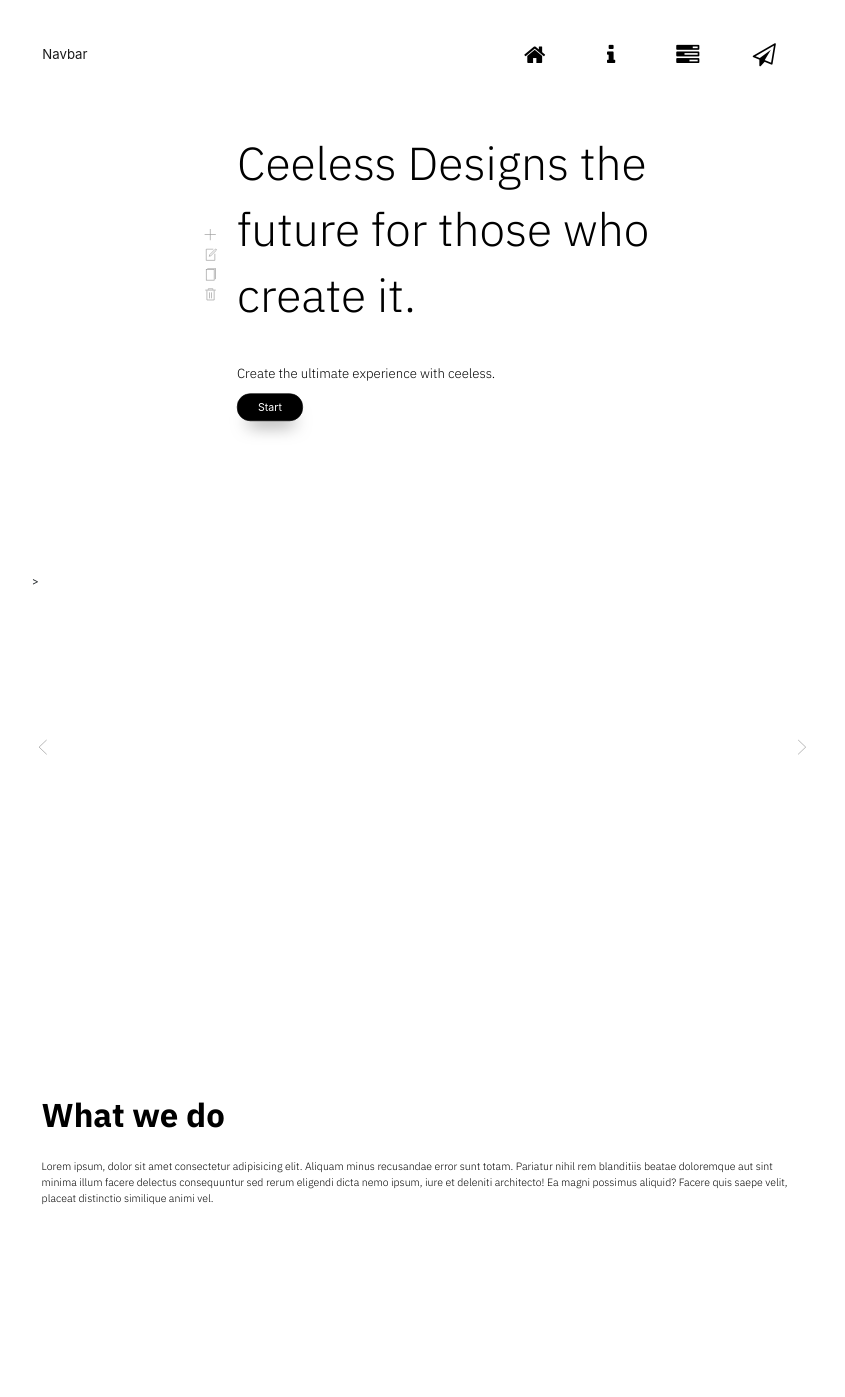
Repository: latenightsnacc/ceeless
Page: index.html
The author's editor kept a copy of each file at every save. The page is drawn from the files as they stood at one save, then again after the next save.
The browser window is 1280 px wide. The pictures show the whole page, at 66% of full size.
Some web libraries are served in a nearby version. The style sheet was rebuilt from its Sass, Less or Tailwind sources for each picture, by a compiler version that may differ from the author's.

Above is the page before, as saved 2020-06-12 14:31:40.

### index.html
<!DOCTYPE html>
<html lang="en">
<head>
    <meta charset="UTF-8">
    <meta name="viewport" content="width=device-width, initial-scale=1.0">

    <!--Bootstrap-->
    <link rel="stylesheet" href="https://stackpath.bootstrapcdn.com/bootstrap/4.5.0/css/bootstrap.min.css" integrity="sha384-9aIt2nRpC12Uk9gS9baDl411NQApFmC26EwAOH8WgZl5MYYxFfc+NcPb1dKGj7Sk" crossorigin="anonymous">

    <!-- UIkit CSS -->
    <link rel="stylesheet" href="https://cdn.jsdelivr.net/npm/uikit@3.5.3/dist/css/uikit.min.css" />

    <!--Font Awesome Icons-->
    <link rel="stylesheet" href="https://maxcdn.bootstrapcdn.com/font-awesome/4.4.0/css/font-awesome.min.css">

    <!--Custom Stylesheet-->
    <link rel="stylesheet" href="Styles/stylesheet.css">

    <!--Page Title-->
    <title>Ceeless | Licorne Technologies</title>
</head>
<body>
    <main class="wrapper ml-5 mr-5">
        <!--NavBar-->
        <nav class="navbar navbar-expand-lg navbar-light bg-transparent mt-3">
            <!--Logo-->
            <a class="navbar-brand" href="#">Navbar</a>
            <!--Mobile NavBar Icon-->
            <div class="navbar-toggler" type="button" data-toggle="collapse" data-target="#navbarTogglerDemo03" aria-controls="navbarTogglerDemo03" aria-expanded="false" aria-label="Toggle navigation">
                <div class="nav-icon">
                    <span class="long-bar-one"></span>
                    <span class="short-bar-two"></span>
                    <span class="long-bar-three"></span>
                </div>
            </div>
            <div class="collapse navbar-collapse" id="navbarTogglerDemo03">
              <ul class="navbar-nav ml-auto mt-2 mt-lg-0">
                <li class="nav-item active">
                  <a class="nav-link" title="Home"role="button" href="#"><span class="menu-text" id="homeText" >Home</span><i class="fa fa-home" id="homeIcon"></i></a>
                </li>
                <li class="nav-item">
                  <a class="nav-link" href="#"><span class="menu-text" id="aboutText">About</span><i class="fa fa-info" id="aboutIcon"></i></a>
                </li>
                <li class="nav-item">
                  <a class="nav-link" href="#"><span class="menu-text" id="abtText">Portfolio</span><i class="fa fa-tasks" aria-hidden="true" id="portfolioIcon"></i></a>
                </li>
                <li class="nav-item">
                    <a class="nav-link" href="#"><span class="menu-text" id="abtText">Contact</span><i class="fa fa-send-o" id="contactIcon"></i></a>
                  </li>
              </ul>
            </div>
        </nav>
        <!--End of NavBar-->

        <!--Header wrapper-->
        <section class="header-wrapper container-fluid">
            <div class="row pt-5">
                <!--Social Icons-->
                <div class="col-3">
                    <ul class="uk-iconnav uk-iconnav-vertical uk-align-right@s align-middle	">
                        <li><a href="#" uk-icon="icon: plus"></a></li>
                        <li><a href="#" uk-icon="icon: file-edit"></a></li>
                        <li><a href="#" uk-icon="icon: copy"></a></li>
                        <li><a href="#" uk-icon="icon: trash"></a></li>
                    </ul>
                </div>
                <!--Header Message-->
                <div class="col-9 header-text">
                    <div class="card w-75">
                        <h1>Ceeless Designs the future for those who create it.</h1>
                        <h5>Create the ultimate experience with ceeless.</h5>
                        <a href="#" class="action-btn">Start</a>
                    </div>
                </div>
            </div>
        </section>
        <!--End of Header wrapper-->

        <!--Our Work-->
        <section class="ourWork-wrapper">
            <div class="row">
                <!--Slider-->
                <div class="col">
                    <div class="uk-position-relative uk-visible-toggle uk-light" tabindex="-1" uk-slideshow="min-height: 700; max-height: 1200" ></div>>

                        <ul class="uk-slideshow-items" uk-height-viewport="offset-top: true; offset-bottom: 30">
                            <li>
                                <img src="assets/DemoImage1.jpg" alt="" uk-cover>
                            </li>
                            <li>
                                <img src="assets/DemoImage2.jpg" alt="" uk-cover>
                            </li>
                            <li>
                                <img src="assets/DemoImage3.jpg" alt="" uk-cover>
                            </li>
                        </ul>

                        <a class="uk-position-center-left uk-position-small uk-hidden-hover" href="#" uk-slidenav-previous uk-slideshow-item="previous"></a>
                        <a class="uk-position-center-right uk-position-small uk-hidden-hover" href="#" uk-slidenav-next uk-slideshow-item="next"></a>

                    </div>
                </div>
                <!--What we do-->
                <div class="col">
                    <div class="what-we-do">
                        <h2>What we do</h2>
                        <p>Lorem ipsum, dolor sit amet consectetur adipisicing elit. Aliquam minus recusandae error sunt totam. Pariatur nihil rem blanditiis beatae doloremque aut sint minima illum facere delectus consequuntur sed rerum eligendi dicta nemo ipsum, iure et deleniti architecto! Ea magni possimus aliquid? Facere quis saepe velit, placeat distinctio similique animi vel.</p>
                    </div>
                </div>
            </div>
        </section>
    </main>

    <!-- JS, Popper.js, and jQuery -->
    <script src="https://code.jquery.com/jquery-3.5.1.slim.min.js" integrity="sha384-DfXdz2htPH0lsSSs5nCTpuj/zy4C+OGpamoFVy38MVBnE+IbbVYUew+OrCXaRkfj" crossorigin="anonymous"></script>
    <script src="https://cdn.jsdelivr.net/npm/popper.js@1.16.0/dist/umd/popper.min.js" integrity="sha384-Q6E9RHvbIyZFJoft+2mJbHaEWldlvI9IOYy5n3zV9zzTtmI3UksdQRVvoxMfooAo" crossorigin="anonymous"></script>
    <script src="https://stackpath.bootstrapcdn.com/bootstrap/4.5.0/js/bootstrap.min.js" integrity="sha384-OgVRvuATP1z7JjHLkuOU7Xw704+h835Lr+6QL9UvYjZE3Ipu6Tp75j7Bh/kR0JKI" crossorigin="anonymous"></script>
    <!-- UIkit JS -->
    <script src="https://cdn.jsdelivr.net/npm/uikit@3.5.3/dist/js/uikit.min.js"></script>
    <script src="https://cdn.jsdelivr.net/npm/uikit@3.5.3/dist/js/uikit-icons.min.js"></script>
    <script src="Js/scripts.js"></script>
</body>
</html>

### Js/scripts.js
let menuHomeText = document.getElementById('homeText');
let menuHomeIcon = document.getElementById('homeIcon');

let menuAboutText = document.getElementById('aboutText');
let menuAboutIcon = document.getElementById('aboutIcon');


if(menuHomeIcon){
    menuHomeIcon.addEventListener('mouseover', event =>{


        menuHomeText.style.display = 'none';



    });
}

if(menuAboutIcon){
    menuAboutIcon.addEventListener('mouseover', event =>{

        menuAboutText.style.display = 'block';

        if(menuAboutText.style.display = 'block'){
            menuAboutText.style.display = 'none';
        }

    });
}

### Styles/stylesheet.scss
@import 'variables';
@import 'navbar';
@import 'header';
@import 'our-work';

*{
    margin: 0;
    padding: 0;
    text-decoration: none;
    list-style: none;
}
body{
    background-color: white;
}

### Styles/_variables.scss
@import url('https://fonts.googleapis.com/css2?family=IBM+Plex+Sans:wght@300;700&display=swap');

$font: 'IBM Plex Sans', sans-serif;
$dark: black;
$light: white;
$box-shadow: 0 5px 15px rgba(0,0,0,0.08);
$btn-shadow: 2px 20px 25px -15px rgba(0, 0, 0, 0.54);

### Styles/navbar.scss
@import 'variables';

.navbar-toggler{
    border: none;
    .nav-icon{
        display: flex;
        flex-direction: column;
        .long-bar-one, .long-bar-three, .short-bar-two{
            border: 2px solid $dark;
            margin-bottom: 5px;
        }
        .long-bar-one, .long-bar-three{
            width: 33px;
        }
        .short-bar-two{
            width: 20px;
        }

        &:hover{
            .long-bar-one, .long-bar-three{
                width: 20px;
                transition: width 300ms ease-in-out 0s;

            }
            .short-bar-two{
                width: 33px;

            }
        }
    }
}
.nav-item {
    a.nav-link{
        display: flex;
        align-items: center;
        &:hover {
            margin-right: 10px;
        }


        .menu-text,.fa{
            flex: 1;
        }

    }
    .menu-text {
        color: $dark;
        font-weight: 500;
        font-family: $font;
        display: none;
    }

    .fa{
        display: flex;
        justify-content: center !important;
        align-items: center;
        color: $dark;
        font-size: 35px;
        background-color: $light;
        height: 100px;
        width: 100px;
        border-radius: 50%;



        &:hover{

            background-color: $dark;
            color: $light;
            transition: width 300ms ease-in-out 0s;


        }
    }
}

### Styles/header.scss
@import 'variables';

.align-middle{
    display: flex;
    flex-direction: column;
    justify-content: center;
    height: 400px;
}
.header-wrapper{
    height: 100vh;
    .header-text{
        .card{
            border: none;
            display: flex;
            flex-direction: column;
            justify-content: center;

            h1, h5{
                font-family: $font;
                color: $dark;
            }

            h1{
                font-size: 70px;
                line-height: 100px;
            }
            h5{
                font-size: 20px;
                line-height: 20px;
                font-weight: 300;
            }

        }
    }
}
a.action-btn {
    border: 1px solid $dark;
    background-color: $dark;
    width: 100px;
    border-radius: 20px;
    padding: 10px;
    box-shadow: $btn-shadow;
    color: $light;
    text-align: center;
    line-height: 20px;
    &:hover{
        text-decoration: none;
    }

}

### Styles/our-work.scss
@import 'variables';

.ourWork-wrapper {
    height: 100vh;


    .what-we-do {
        display: flex;
        height: 100vh;
        flex-direction: column;
        justify-content: center;
        h2 {
            font-weight: 700;
            line-height: 50px;
            font-family: $font;
            font-size: 50px;
            color: $dark;
        }
        p{
            color: $dark;
            font-family: $font;
        }
    }
}

After the next save:
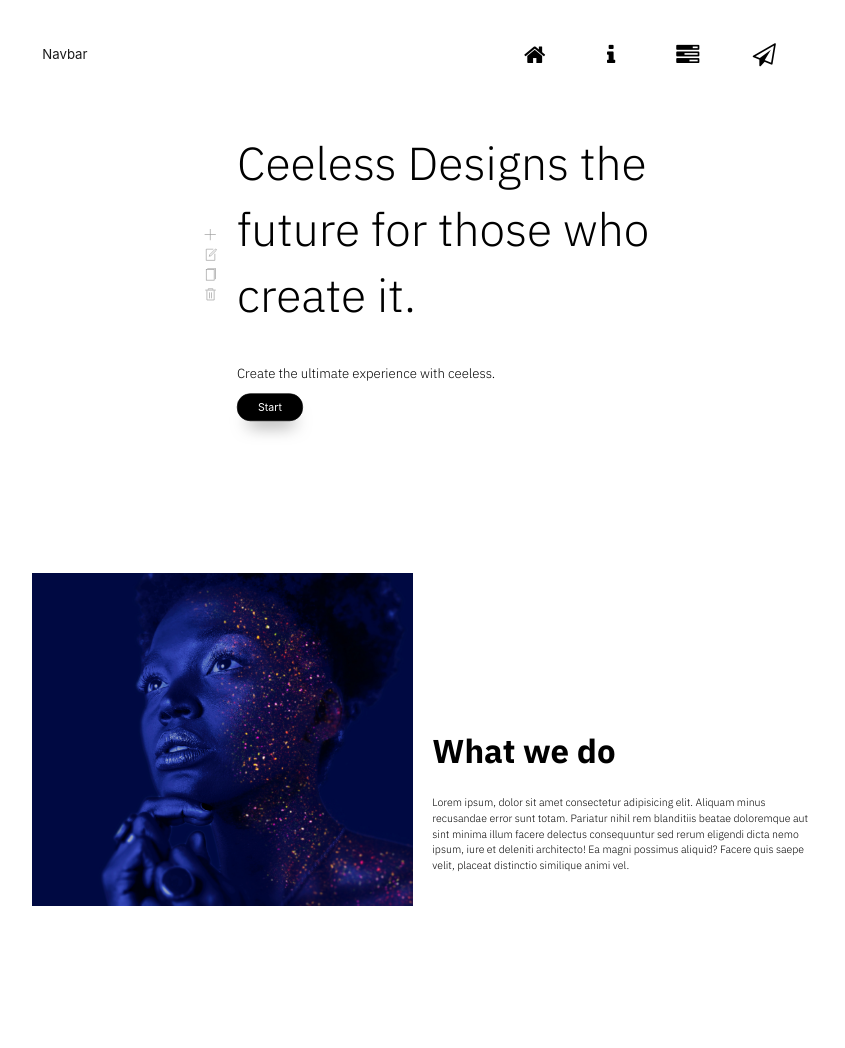
Saved 48 s later.
--- a/index.html
+++ b/index.html
@@ -81,7 +81,7 @@
             <div class="row">
                 <!--Slider-->
                 <div class="col">
-                    <div class="uk-position-relative uk-visible-toggle uk-light" tabindex="-1" uk-slideshow="min-height: 700; max-height: 1200" ></div>>
+                    <div class="uk-position-relative uk-visible-toggle uk-light" tabindex="-1" uk-slideshow="min-height: 700; max-height: 1200" >
 
                         <ul class="uk-slideshow-items" uk-height-viewport="offset-top: true; offset-bottom: 30">
                             <li>
